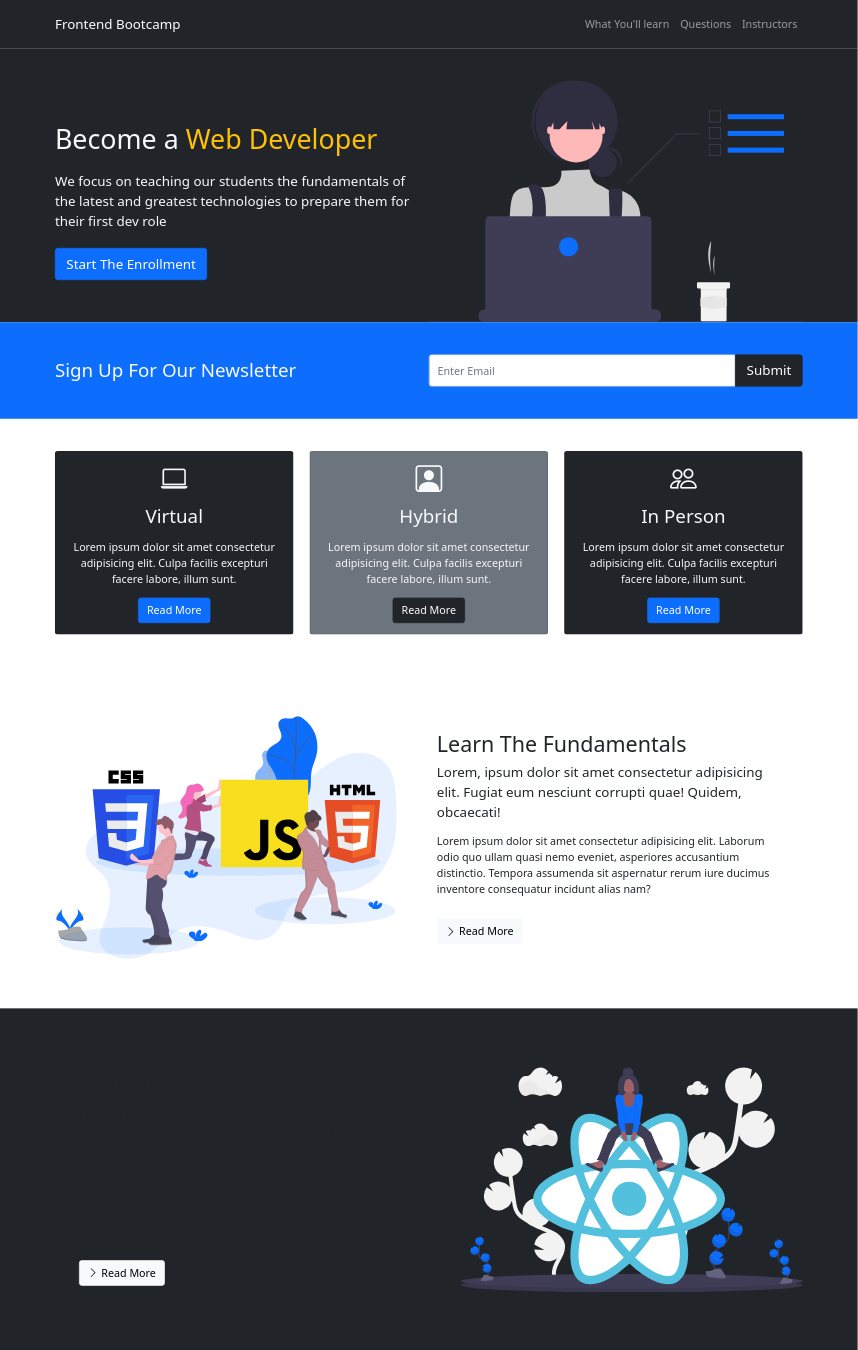
Repository: Marhamat92/Bootstrap5-Responsive-Website-
Page: index.html
The author's editor kept a copy of each file at every save. The page is drawn from the files as they stood at one save, then again after the next save.
The browser window is 1280 px wide. The pictures show the whole page, at 67% of full size.
Some web libraries are served in a nearby version.

Above is the page before, as saved 2021-09-18 17:47:57.

After the next save:
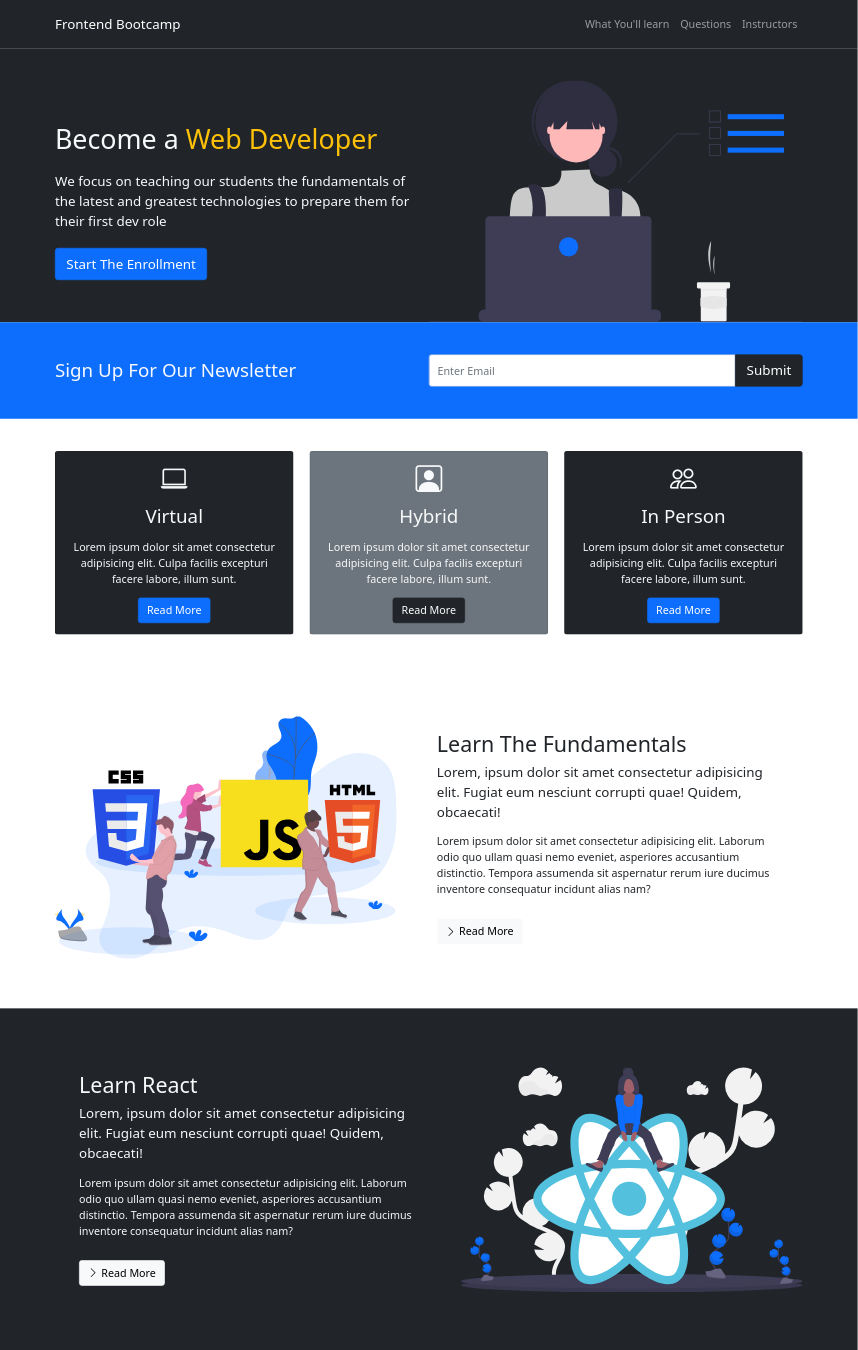
Saved 10 s later.
--- a/index.html
+++ b/index.html
@@ -141,7 +141,7 @@
 
 
 <!--react section-->
-    <section id="learn" class="p-5 bg-dark">
+    <section id="learn" class="p-5 bg-dark text-light">
         <div class="container">
             <div class="row align-items-center justify-content-between">
                 <div class="col-md p-5">
